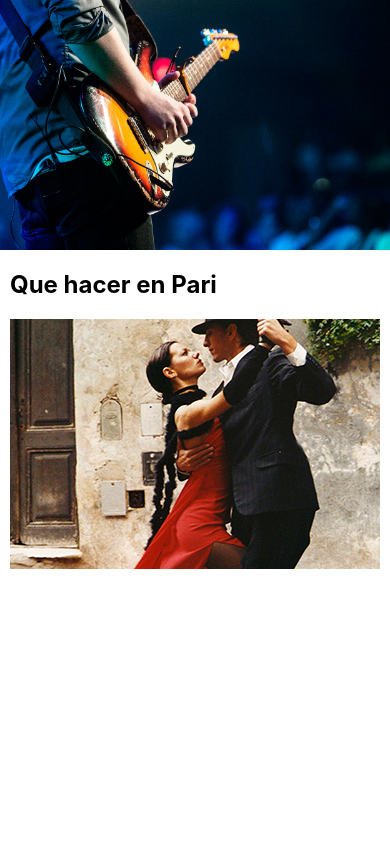
Repository: AleMicky/layout
Screen: /
An editor plug-in stored every save of this project. The screen is shown before and after the next save, followed by the edit.
The app was drawn by React Native's web renderer in a window 390 px wide. The project was rebuilt for these pictures with package versions that can differ from the ones it lists, and the page was loaded fresh each time.

Above is the screen before, as saved 2020-06-27 16:22:51.

### App.js
import React from 'react';
import { StyleSheet, View, Image, Text, ScrollView } from 'react-native';


const App = () => {
  return (
    <>
        <View style={{flexDirection:'row'}}>
            <Image  style={styles.banner}
                    source={require('./assets/img/bg.jpg')} />
        </View>
        <View style={styles.contenedor}>
            <Text style={styles.titulo}>Que hacer en Pari</Text>
            <ScrollView
              horizontal
            >
                <View>
                  <Image  style={styles.banner}
                          source={require('./assets/img/actividad1.jpg')} />
                </View>
                <View>
                  <Image  style={styles.banner}
                          source={require('./assets/img/actividad2.jpg')} />
                </View>
                <View>
                  <Image  style={styles.banner}
                          source={require('./assets/img/actividad3.jpg')} />
                </View>
                <View>
                  <Image  style={styles.banner}
                          source={require('./assets/img/actividad4.jpg')} />
                </View>
                <View>
                  <Image  style={styles.banner}
                          source={require('./assets/img/actividad5.jpg')} />
                </View>
            </ScrollView>
        </View>
    </>
  );
};

const styles = StyleSheet.create({
  banner:{
    height:250,
    flex:1
  },
  titulo:{
    fontWeight:'bold',
    fontSize:24,
    marginVertical:20
  },
  contenedor:{
    marginHorizontal: 10
  }
});

export default App;

After the next save:
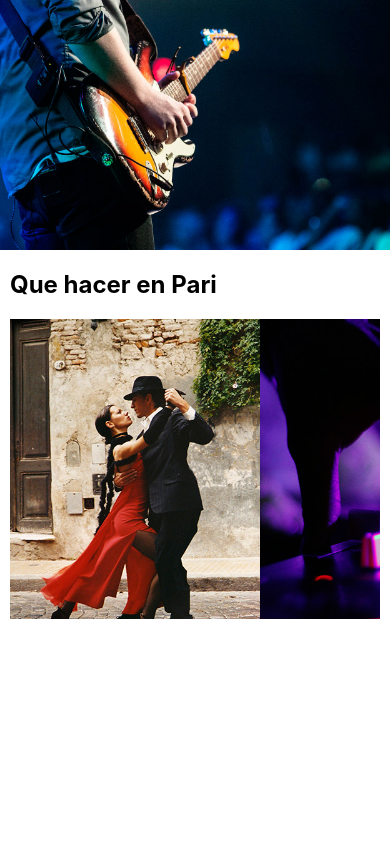
Saved 5 min 57 s later.
--- a/App.js
+++ b/App.js
@@ -15,23 +15,23 @@ const App = () => {
               horizontal
             >
                 <View>
-                  <Image  style={styles.banner}
+                  <Image  style={styles.ciudad}
                           source={require('./assets/img/actividad1.jpg')} />
                 </View>
                 <View>
-                  <Image  style={styles.banner}
+                  <Image  style={styles.ciudad}
                           source={require('./assets/img/actividad2.jpg')} />
                 </View>
                 <View>
-                  <Image  style={styles.banner}
+                  <Image  style={styles.ciudad}
                           source={require('./assets/img/actividad3.jpg')} />
                 </View>
                 <View>
-                  <Image  style={styles.banner}
+                  <Image  style={styles.ciudad}
                           source={require('./assets/img/actividad4.jpg')} />
                 </View>
                 <View>
-                  <Image  style={styles.banner}
+                  <Image  style={styles.ciudad}
                           source={require('./assets/img/actividad5.jpg')} />
                 </View>
             </ScrollView>
@@ -52,6 +52,10 @@ const styles = StyleSheet.create({
   },
   contenedor:{
     marginHorizontal: 10
+  },
+  ciudad:{
+    width:250,
+    height:300
   }
 });
 
